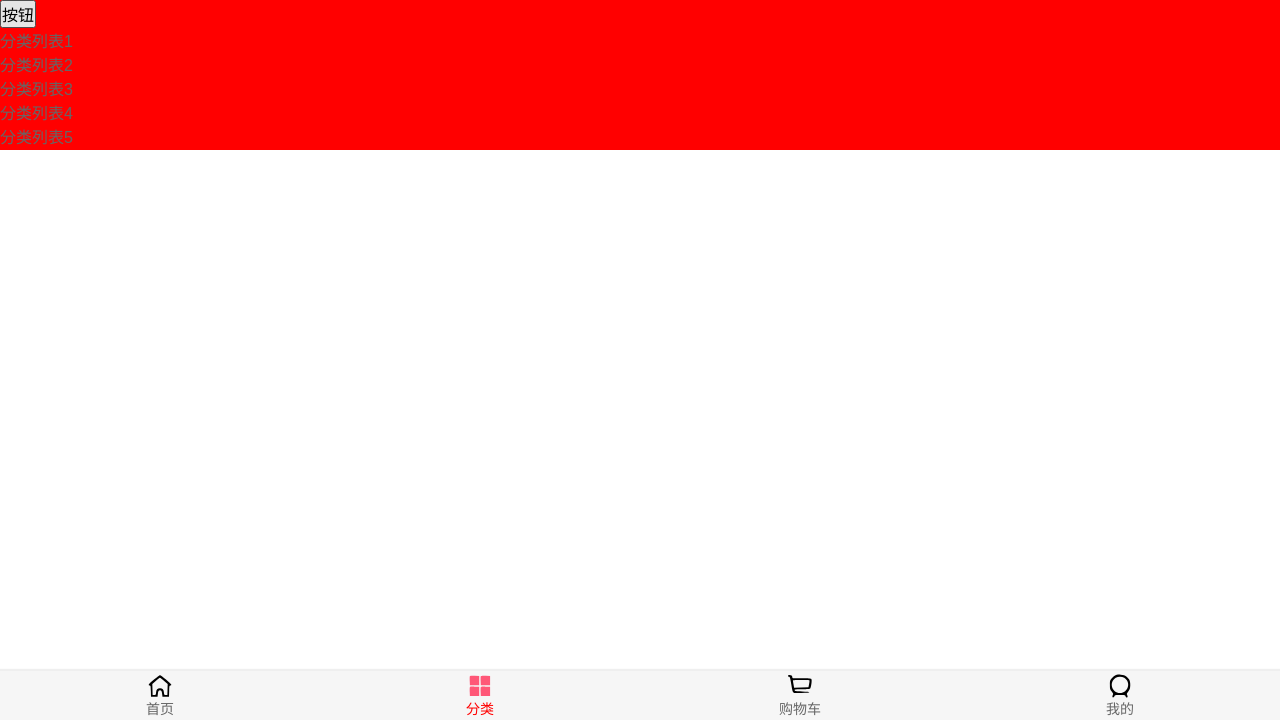
Repository: pumbaaWen/testmall
Page: /category
An editor plug-in stored every save of this project. The page is shown before and after the next save, followed by the edit.
The browser window is 1280 px wide. The pictures show the whole page.
The project was rebuilt for these pictures with package versions that can differ from the ones it lists, and the page was loaded fresh each time.

Above is the page before, as saved 2021-10-27 14:14:47.

After the next save:
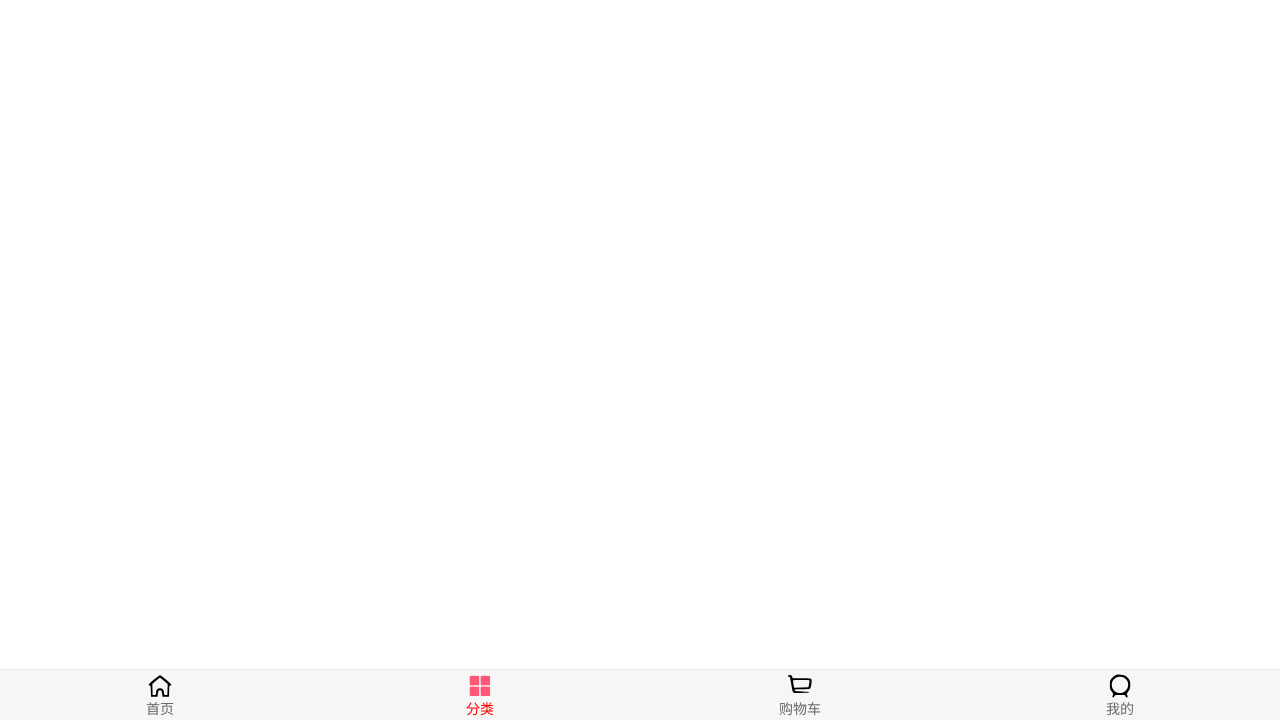
Saved 32 s later.
--- a/src/views/category/Category.vue
+++ b/src/views/category/Category.vue
@@ -1,109 +1,5 @@
 <template>
-  <div class="wrapper">
-    <ul class="content">
-      <button @click="bthClick">按钮</button>
-      <li>分类列表1</li>
-      <li>分类列表2</li>
-      <li>分类列表3</li>
-      <li>分类列表4</li>
-      <li>分类列表5</li>
-      <li>分类列表6</li>
-      <li>分类列表7</li>
-      <li>分类列表8</li>
-      <li>分类列表9</li>
-      <li>分类列表10</li>
-      <li>分类列表11</li>
-      <li>分类列表12</li>
-      <li>分类列表13</li>
-      <li>分类列表14</li>
-      <li>分类列表15</li>
-      <li>分类列表16</li>
-      <li>分类列表17</li>
-      <li>分类列表18</li>
-      <li>分类列表19</li>
-      <li>分类列表20</li>
-      <li>分类列表21</li>
-      <li>分类列表22</li>
-      <li>分类列表23</li>
-      <li>分类列表24</li>
-      <li>分类列表25</li>
-      <li>分类列表26</li>
-      <li>分类列表27</li>
-      <li>分类列表28</li>
-      <li>分类列表29</li>
-      <li>分类列表30</li>
-      <li>分类列表31</li>
-      <li>分类列表32</li>
-      <li>分类列表33</li>
-      <li>分类列表34</li>
-      <li>分类列表35</li>
-      <li>分类列表36</li>
-      <li>分类列表37</li>
-      <li>分类列表38</li>
-      <li>分类列表39</li>
-      <li>分类列表40</li>
-      <li>分类列表41</li>
-      <li>分类列表42</li>
-      <li>分类列表43</li>
-      <li>分类列表44</li>
-      <li>分类列表45</li>
-      <li>分类列表46</li>
-      <li>分类列表47</li>
-      <li>分类列表48</li>
-      <li>分类列表49</li>
-      <li>分类列表50</li>
-      <li>分类列表51</li>
-      <li>分类列表52</li>
-      <li>分类列表53</li>
-      <li>分类列表54</li>
-      <li>分类列表55</li>
-      <li>分类列表56</li>
-      <li>分类列表57</li>
-      <li>分类列表58</li>
-      <li>分类列表59</li>
-      <li>分类列表60</li>
-      <li>分类列表61</li>
-      <li>分类列表62</li>
-      <li>分类列表63</li>
-      <li>分类列表64</li>
-      <li>分类列表65</li>
-      <li>分类列表66</li>
-      <li>分类列表67</li>
-      <li>分类列表68</li>
-      <li>分类列表69</li>
-      <li>分类列表70</li>
-      <li>分类列表71</li>
-      <li>分类列表72</li>
-      <li>分类列表73</li>
-      <li>分类列表74</li>
-      <li>分类列表75</li>
-      <li>分类列表76</li>
-      <li>分类列表77</li>
-      <li>分类列表78</li>
-      <li>分类列表79</li>
-      <li>分类列表80</li>
-      <li>分类列表81</li>
-      <li>分类列表82</li>
-      <li>分类列表83</li>
-      <li>分类列表84</li>
-      <li>分类列表85</li>
-      <li>分类列表86</li>
-      <li>分类列表87</li>
-      <li>分类列表88</li>
-      <li>分类列表89</li>
-      <li>分类列表90</li>
-      <li>分类列表91</li>
-      <li>分类列表92</li>
-      <li>分类列表93</li>
-      <li>分类列表94</li>
-      <li>分类列表95</li>
-      <li>分类列表96</li>
-      <li>分类列表97</li>
-      <li>分类列表98</li>
-      <li>分类列表99</li>
-      <li>分类列表100</li>
-    </ul>
-  </div>
+
 </template>
 
 <script>
@@ -111,7 +7,6 @@ export default {
   name: "Cotegory",
   data() {
     return {
-      scroll: null
     }
   },
 //部件
@@ -123,23 +18,9 @@ export default {
 
   },
   mounted() {
-    this.scroll = new BScroll(document.querySelector('.wrapper'), {
-      probeType: 3,
-      pullUpLoad: true
-    })
 
-    this.scroll.on('scroll',(position) => {
-      console.log(position);
-    })
-    this.scroll.on('pullingUp',() => {
-      console.log("上拉加载更多");
-    })
   },
-  methods: {
-    bthClick() {
-      console.log('111');
-    }
-  },
+
 }
 </script>
 
